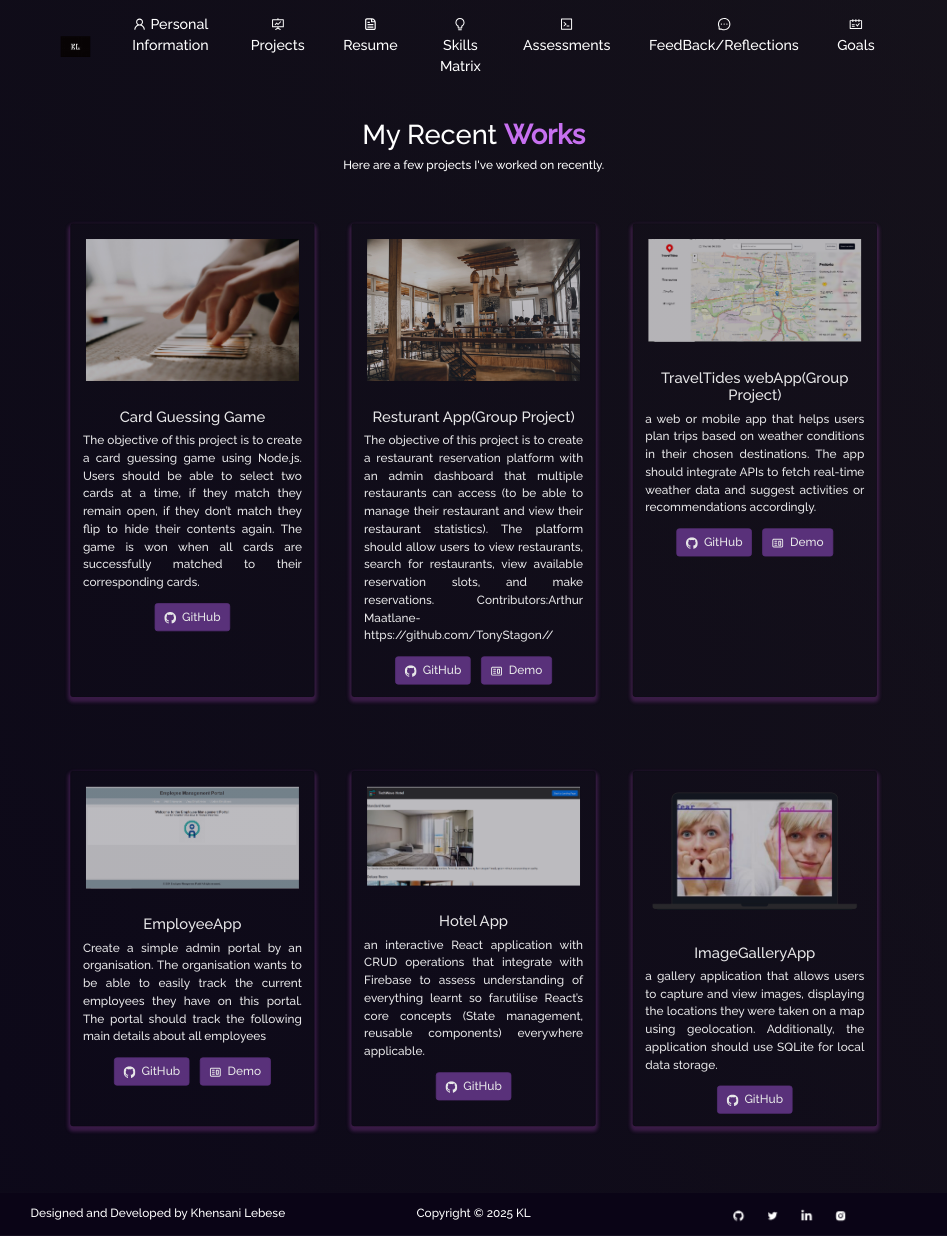
Repository: Khensani-Lebese/PortfolioCodeTribe
Page: /project
These files come from the project's save history. The page is drawn as it stood at one moment and after the next save; the edit follows.
The browser window is 1280 px wide. The pictures show the whole page, at 74% of full size.
The project was rebuilt for these pictures with package versions that can differ from the ones it lists, and the page was loaded fresh each time. Also part of the build but not shown: src/components/Home/Home2.js, src/components/Home/Type.js, src/components/Home/Home.js, src/components/About/Github.js, src/components/About/Techstack.js, src/components/About/AboutCard.js, src/components/About/Toolstack.js, src/components/About/About.js and 5 more. Imported but missing from the stored project, and not drawn on this page: src/Assets/Khensani Lebese Resume.pdf.

Above is the page before, as saved 2025-02-06 11:32:46.

### src/App.js
import React, { useState, useEffect } from "react";
import Preloader from "../src/components/Pre";
import Navbar from "./components/Navbar";
import Home from "./components/Home/Home";
import About from "./components/About/About";
import Projects from "./components/Projects/Projects";
import Footer from "./components/Footer";
import Resume from "./components/Resume/ResumeNew";
import Skills from "./components/SkillsMatrix";
import Assessment from "./components/Assessment";
import Feedback from "./components/Feedback";
import Goals from "./components/Goals";
import {
  BrowserRouter as Router,
  Route,
  Routes,
  Navigate,
} from "react-router-dom";
import ScrollToTop from "./components/ScrollToTop";
import "./style.css";
import "./App.css";
import "bootstrap/dist/css/bootstrap.min.css";

function App() {
  const [load, updateLoad] = useState(true);

  useEffect(() => {
    const timer = setTimeout(() => {
      updateLoad(false);
    }, 1200);

    return () => clearTimeout(timer);
  }, []);

  return (
    <Router>
      <Preloader load={load} />
      <div className="App" id={load ? "no-scroll" : "scroll"}>
        <Navbar />
        <ScrollToTop />
        <Routes>
          <Route path="/" element={<Home />} />
          <Route path="/project" element={<Projects />} />
          <Route path="/about" element={<About />} />
          <Route path="/resume" element={<Resume />} />
          <Route path="/skills" element={<Skills />} />
          <Route path="/assessments" element={<Assessment />} />
          <Route path="/feedback" element={<Feedback />} />
          <Route path="/goals" element={<Goals />} />
          <Route path="*" element={<Navigate to="/" />} />
        </Routes>
        <Footer />
      </div>
    </Router>
  );
}

export default App;

### src/components/Navbar.js
import React, { useState } from "react";
import Navbar from "react-bootstrap/Navbar";
import Nav from "react-bootstrap/Nav";
import Container from "react-bootstrap/Container";
import logo from "../Assets/logo.png";
import { Link } from "react-router-dom";

import {
  AiOutlineFundProjectionScreen,
  AiOutlineUser,
  AiOutlineBulb,
  AiOutlineCode,
  AiOutlineMessage,
  AiOutlineSchedule,
} from "react-icons/ai";

import { CgFileDocument } from "react-icons/cg";

function NavBar() {
  const [expand, updateExpanded] = useState(false);
  const [navColour, updateNavbar] = useState(false);

  function scrollHandler() {
    if (window.scrollY >= 20) {
      updateNavbar(true);
    } else {
      updateNavbar(false);
    }
  }

  window.addEventListener("scroll", scrollHandler);

  return (
    <Navbar
      expanded={expand}
      fixed="top"
      expand="md"
      className={navColour ? "sticky" : "navbar"}
    >
      <Container>
        <Navbar.Brand href="/" className="d-flex">
          <img src={logo} className="img-fluid logo" alt="brand" />
        </Navbar.Brand>
        <Navbar.Toggle
          aria-controls="responsive-navbar-nav"
          onClick={() => {
            updateExpanded(expand ? false : "expanded");
          }}
        >
          <span></span>
          <span></span>
          <span></span>
        </Navbar.Toggle>
        <Navbar.Collapse id="responsive-navbar-nav">
          <Nav className="ms-auto" defaultActiveKey="#home">
            <Nav.Item>
              <Nav.Link
                as={Link}
                to="/about"
                onClick={() => updateExpanded(false)}
              >
                <AiOutlineUser style={{ marginBottom: "2px" }} /> Personal
                Information
              </Nav.Link>
            </Nav.Item>

            <Nav.Item>
              <Nav.Link
                as={Link}
                to="/project"
                onClick={() => updateExpanded(false)}
              >
                <AiOutlineFundProjectionScreen
                  style={{ marginBottom: "2px" }}
                />{" "}
                Projects
              </Nav.Link>
            </Nav.Item>

            <Nav.Item>
              <Nav.Link
                as={Link}
                to="/resume"
                onClick={() => updateExpanded(false)}
              >
                <CgFileDocument style={{ marginBottom: "2px" }} /> Resume
              </Nav.Link>
            </Nav.Item>

            <Nav.Item>
              <Nav.Link
                as={Link}
                to="/skills"
                onClick={() => updateExpanded(false)}
              >
                <AiOutlineBulb style={{ marginBottom: "2px" }} /> Skills Matrix
              </Nav.Link>
            </Nav.Item>

            <Nav.Item>
              <Nav.Link
                as={Link}
                to="/assessments"
                onClick={() => updateExpanded(false)}
              >
                <AiOutlineCode style={{ marginBottom: "2px" }} />
                Assessments
              </Nav.Link>
            </Nav.Item>

            <Nav.Item>
              <Nav.Link
                as={Link}
                to="/feedback"
                onClick={() => updateExpanded(false)}
              >
                <AiOutlineMessage style={{ marginBottom: "2px" }} />
                FeedBack/Reflections
              </Nav.Link>
            </Nav.Item>

            <Nav.Item>
              <Nav.Link
                as={Link}
                to="/goals"
                onClick={() => updateExpanded(false)}
              >
                <AiOutlineSchedule style={{ marginBottom: "2px" }} />
                Goals
              </Nav.Link>
            </Nav.Item>
          </Nav>
        </Navbar.Collapse>
      </Container>
    </Navbar>
  );
}

export default NavBar;

### src/components/Projects/Projects.js
import React from "react";
import { Container, Row, Col } from "react-bootstrap";
import ProjectCard from "./ProjectCards";
import Particle from "../Particle";
import employee from "../../Assets/Projects/employee.jpg";
import emotion from "../../Assets/Projects/emotion.png";
import weatherActivity from "../../Assets/Projects/weatherActivity.png";
import card from "../../Assets/Projects/card-guessing.png";
import hotel from "../../Assets/Projects/hotel.png";
import restaurant from "../../Assets/Projects/restaurant.png";

function Projects() {
  return (
    <Container fluid className="project-section">
      <Particle />
      <Container>
        <h1 className="project-heading">
          My Recent <strong className="purple">Works </strong>
        </h1>
        <p style={{ color: "white" }}>
          Here are a few projects I've worked on recently.
        </p>
        <Row style={{ justifyContent: "center", paddingBottom: "10px" }}>
          <Col md={4} className="project-card">
            <ProjectCard
              imgPath={card}
              isBlog={false}
              title="Card Guessing Game"
              description="The objective of this project is to create a card guessing game using Node.js.  Users should be able to select two cards at a time, if they match they remain open, if they don’t match they flip to hide their contents again. The game is won when all cards are successfully matched to their corresponding cards."
              ghLink="https://github.com/Khensani-Lebese/card-guessing-game.git"
            />
          </Col>

          <Col md={4} className="project-card">
            <ProjectCard
              imgPath={restaurant}
              isBlog={false}
              title="Resturant App(Group Project)"
              description="The objective of this project is to create a restaurant reservation platform with an admin dashboard that multiple restaurants can access (to be able to manage their restaurant and view their restaurant statistics). The platform should allow users to view restaurants, search for restaurants, view available reservation slots, and make reservations.
              Contributors:Arthur Maatlane-https://github.com/TonyStagon//"
              ghLink="https://github.com/Khensani-Lebese/ResturantApplication.git"
              demoLink=" "
            />
          </Col>

          <Col md={4} className="project-card">
            <ProjectCard
              imgPath={weatherActivity}
              isBlog={false}
              title="TravelTides webApp(Group Project)"
              description="a web or mobile app that helps users plan trips based on weather conditions in their chosen destinations. The app should integrate APIs to fetch real-time weather data and suggest activities or recommendations accordingly."
              ghLink="https://github.com/Khensani-Lebese/weather-travel-planner-backend.git(Backend)"
              demoLink="https://weather-travel-planner-frontend.vercel.app/"
            />
          </Col>

          <Col md={4} className="project-card">
            <ProjectCard
              imgPath={employee}
              isBlog={false}
              title="EmployeeApp"
              description="Create a simple admin portal by an organisation. The organisation wants to be able to easily track the current employees they have on this portal. The portal should track the following main details about all employees"
              ghLink="https://github.com/Khensani-Lebese/EmployeeApp.git"
              demoLink=" "
            />
          </Col>

          <Col md={4} className="project-card">
            <ProjectCard
              imgPath={hotel}
              isBlog={false}
              title=" Hotel App"
              description="an interactive React application with CRUD operations that integrate with Firebase to assess understanding of everything learnt so far.utilise React’s core concepts (State management, reusable components) everywhere applicable."
              ghLink="https://github.com/Khensani-Lebese/HotelApp.git"
              demoLink=""
            />
          </Col>

          <Col md={4} className="project-card">
            <ProjectCard
              imgPath={emotion}
              isBlog={false}
              title="ImageGalleryApp"
              description=" a gallery application that allows users to capture and  view images, displaying  the locations they were taken on a map using geolocation. Additionally, the application should use SQLite for local data storage."
              ghLink="https://github.com/Khensani-Lebese/ImageGalleryApp.git"
              demoLink=""
            />
          </Col>
        </Row>
      </Container>
    </Container>
  );
}

export default Projects;

### src/components/Footer.js
import React from "react";
import { Container, Row, Col } from "react-bootstrap";
import {
  AiFillGithub,
  AiOutlineTwitter,
  AiFillInstagram,
} from "react-icons/ai";
import { FaLinkedinIn } from "react-icons/fa";

function Footer() {
  let date = new Date();
  let year = date.getFullYear();
  return (
    <Container fluid className="footer">
      <Row>
        <Col md="4" className="footer-copywright">
          <h3>Designed and Developed by Khensani Lebese</h3>
        </Col>
        <Col md="4" className="footer-copywright">
          <h3>Copyright © {year} KL</h3>
        </Col>
        <Col md="4" className="footer-body">
          <ul className="footer-icons">
            <li className="social-icons">
              <a
                href="https://github.com/Khensani-Lebese"
                style={{ color: "white" }}
                target="_blank"
                rel="noopener noreferrer"
              >
                <AiFillGithub />
              </a>
            </li>
            <li className="social-icons">
              <a
                href=" "
                style={{ color: "white" }}
                target="_blank"
                rel="noopener noreferrer"
              >
                <AiOutlineTwitter />
              </a>
            </li>
            <li className="social-icons">
              <a
                href="https://www.linkedin.com/in/khensani-lebese/"
                style={{ color: "white" }}
                target="_blank"
                rel="noopener noreferrer"
              >
                <FaLinkedinIn />
              </a>
            </li>
            <li className="social-icons">
              <a
                href=" "
                style={{ color: "white" }}
                target="_blank"
                rel="noopener noreferrer"
              >
                <AiFillInstagram />
              </a>
            </li>
          </ul>
        </Col>
      </Row>
    </Container>
  );
}

export default Footer;

### src/components/Particle.js
import React from "react";
import Particles from "react-tsparticles";

function Particle() {
  return (
    <Particles
      id="tsparticles"
      params={{
        particles: {
          number: {
            value: 160,
            density: {
              enable: true,
              value_area: 1500,
            },
          },
          line_linked: {
            enable: false,
            opacity: 0.03,
          },
          move: {
            direction: "right",
            speed: 0.05,
          },
          size: {
            value: 1,
          },
          opacity: {
            anim: {
              enable: true,
              speed: 1,
              opacity_min: 0.05,
            },
          },
        },
        interactivity: {
          events: {
            onclick: {
              enable: true,
              mode: "push",
            },
          },
          modes: {
            push: {
              particles_nb: 1,
            },
          },
        },
        retina_detect: true,
      }}
    />
  );
}

export default Particle;

### src/components/Projects/ProjectCards.js
import React from "react";
import Card from "react-bootstrap/Card";
import Button from "react-bootstrap/Button";
import { CgWebsite } from "react-icons/cg";
import { BsGithub } from "react-icons/bs";

function ProjectCards(props) {
  return (
    <Card className="project-card-view">
      <Card.Img variant="top" src={props.imgPath} alt="card-img" />
      <Card.Body>
        <Card.Title>{props.title}</Card.Title>
        <Card.Text style={{ textAlign: "justify" }}>
          {props.description}
        </Card.Text>
        <Button variant="primary" href={props.ghLink} target="_blank">
          <BsGithub /> &nbsp;
          {props.isBlog ? "Blog" : "GitHub"}
        </Button>
        {"\n"}
        {"\n"}

        {/* If the component contains Demo link and if it's not a Blog then, it will render the below component  */}

        {!props.isBlog && props.demoLink && (
          <Button
            variant="primary"
            href={props.demoLink}
            target="_blank"
            style={{ marginLeft: "10px" }}
          >
            <CgWebsite /> &nbsp;
            {"Demo"}
          </Button>
        )}
      </Card.Body>
    </Card>
  );
}
export default ProjectCards;

### src/components/SkillsMatrix.css
@import url("https://fonts.googleapis.com/css2?family=Raleway:wght@500&display=swap");

body {
  margin: 0;
  font-family: "Raleway", serif !important;
  -webkit-font-smoothing: antialiased;
  -moz-osx-font-smoothing: grayscale;
  background-image: linear-gradient(to left, rgb(27 20 41), rgb(20 15 35));
  color: white;
}

.skills-matrix-container {
  padding: 20px;
  max-width: 800px;
  margin: 50px auto;
  text-align: center;
}

h1 {
  margin-bottom: 20px;
  color: blueviolet;
}

.skills-table {
  width: 100%;
  border-collapse: collapse;
  background-color: rgba(255, 255, 255, 0.1);
  border-radius: 10px;
  overflow: hidden;
}

.skills-table th,
.skills-table td {
  padding: 15px;
  text-align: left;
  border-bottom: 1px solid rgba(255, 255, 255, 0.2);
}

.skills-table th {
  background-color: rgba(136, 14, 188, 0.2);
  font-weight: bold;
}

.skills-table tr:hover {
  background-color: rgba(255, 255, 255, 0.2);
}

.skills-table td {
  color: #ddd;
}

Loaded but not shown: public/index.html (common file); src/index.js (common file); src/index.css (common file); src/reportWebVitals.js (common file); src/components/Pre.js (common file); src/components/ScrollToTop.js (common file); src/style.css (common file); src/App.css (common file)

After the next save:
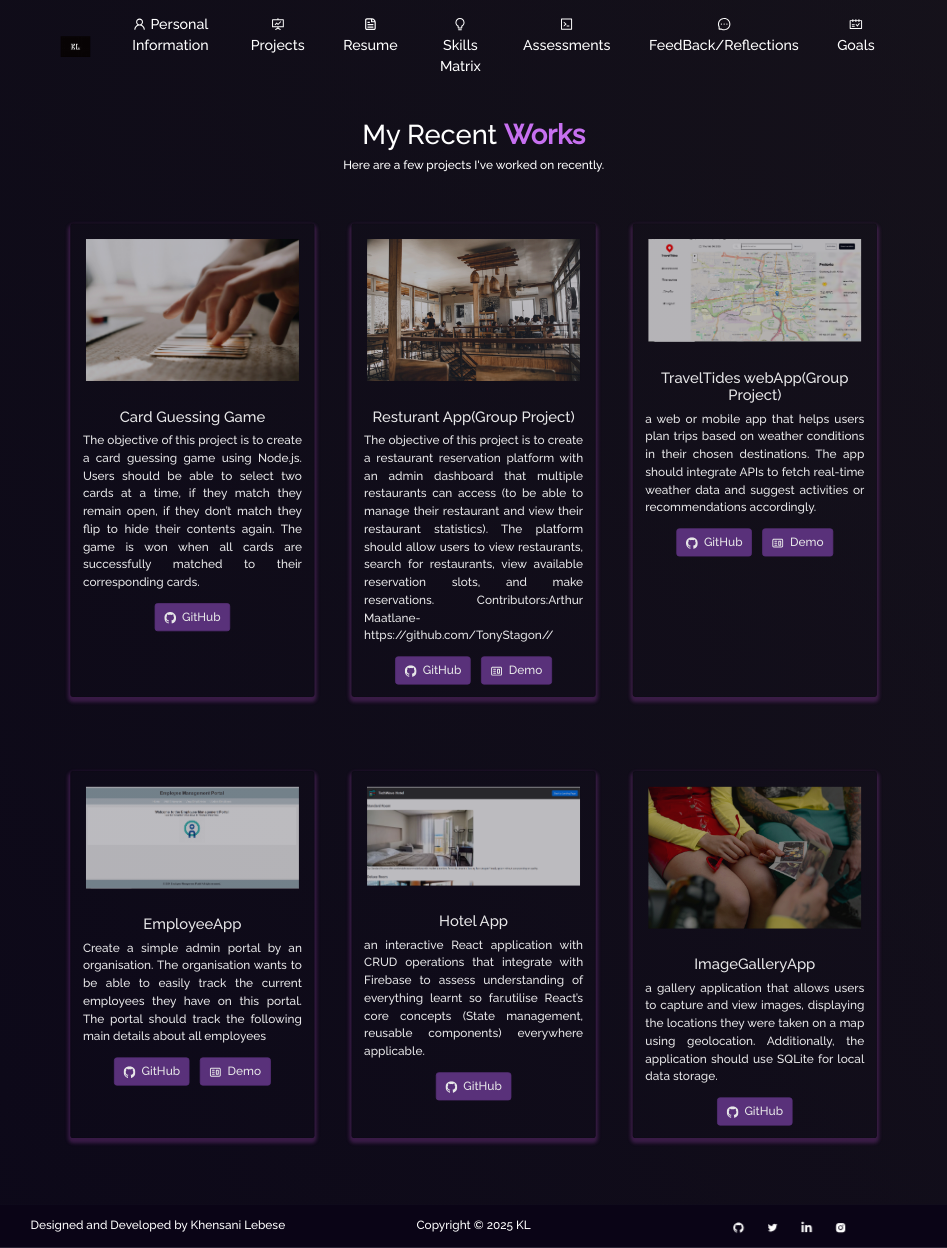
Saved 14 min 59 s later.
--- a/src/components/Projects/Projects.js
+++ b/src/components/Projects/Projects.js
@@ -3,7 +3,7 @@ import { Container, Row, Col } from "react-bootstrap";
 import ProjectCard from "./ProjectCards";
 import Particle from "../Particle";
 import employee from "../../Assets/Projects/employee.jpg";
-import emotion from "../../Assets/Projects/emotion.png";
+import imagePicker from "../../Assets/Projects/imagePicker.png";
 import weatherActivity from "../../Assets/Projects/weatherActivity.png";
 import card from "../../Assets/Projects/card-guessing.png";
 import hotel from "../../Assets/Projects/hotel.png";
@@ -78,7 +78,7 @@ function Projects() {
 
           <Col md={4} className="project-card">
             <ProjectCard
-              imgPath={emotion}
+              imgPath={imagePicker}
               isBlog={false}
               title="ImageGalleryApp"
               description=" a gallery application that allows users to capture and  view images, displaying  the locations they were taken on a map using geolocation. Additionally, the application should use SQLite for local data storage."
